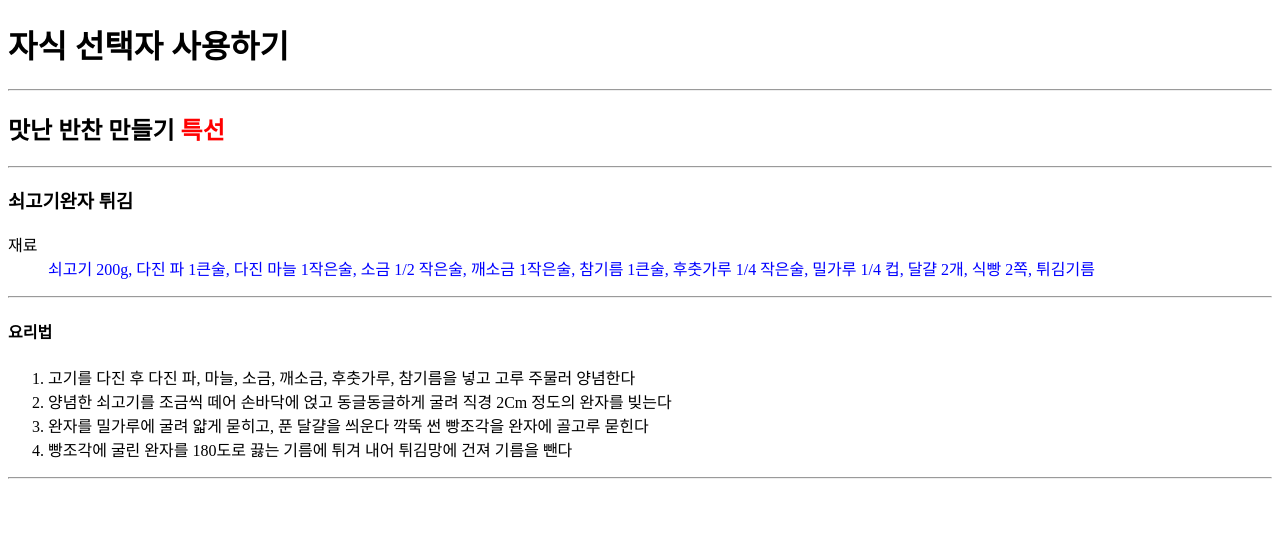
Repository: song-bean/Web_song
Page: 02_CSS/src/main/webapp/chapter02/unit05_01_child_before.html
These files come from the project's save history. The page is drawn as it stood at one moment and after the next save; the edit follows.
The browser window is 1280 px wide. The pictures show the whole page.

Above is the page before, as saved 2023-02-23 01:37:53.

After the next save:
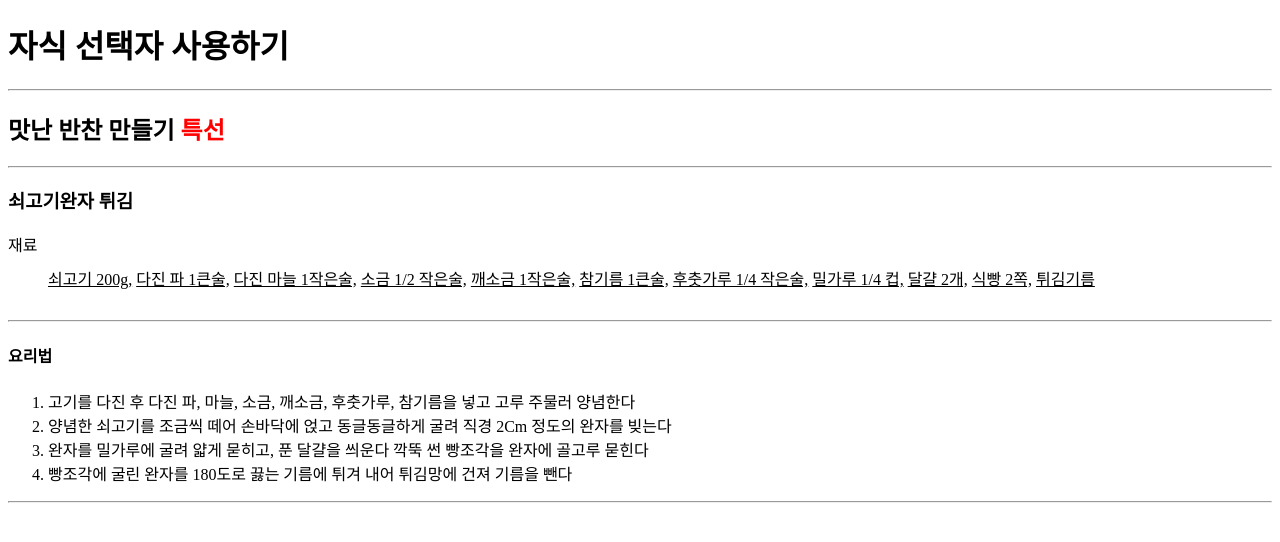
Saved 56 s later.
--- a/02_CSS/src/main/webapp/chapter02/unit05_01_child_before.html
+++ b/02_CSS/src/main/webapp/chapter02/unit05_01_child_before.html
@@ -10,7 +10,8 @@
 			}
 	 /* dd 요소안에 삽입된 span 요소를 이용하여 선택자를 정의합니다. */
 			dd > span{
-				color:blue;
+				text-decoration: underline;
+				line-height: 300%;
 			}
 		</style>
 	</head>
